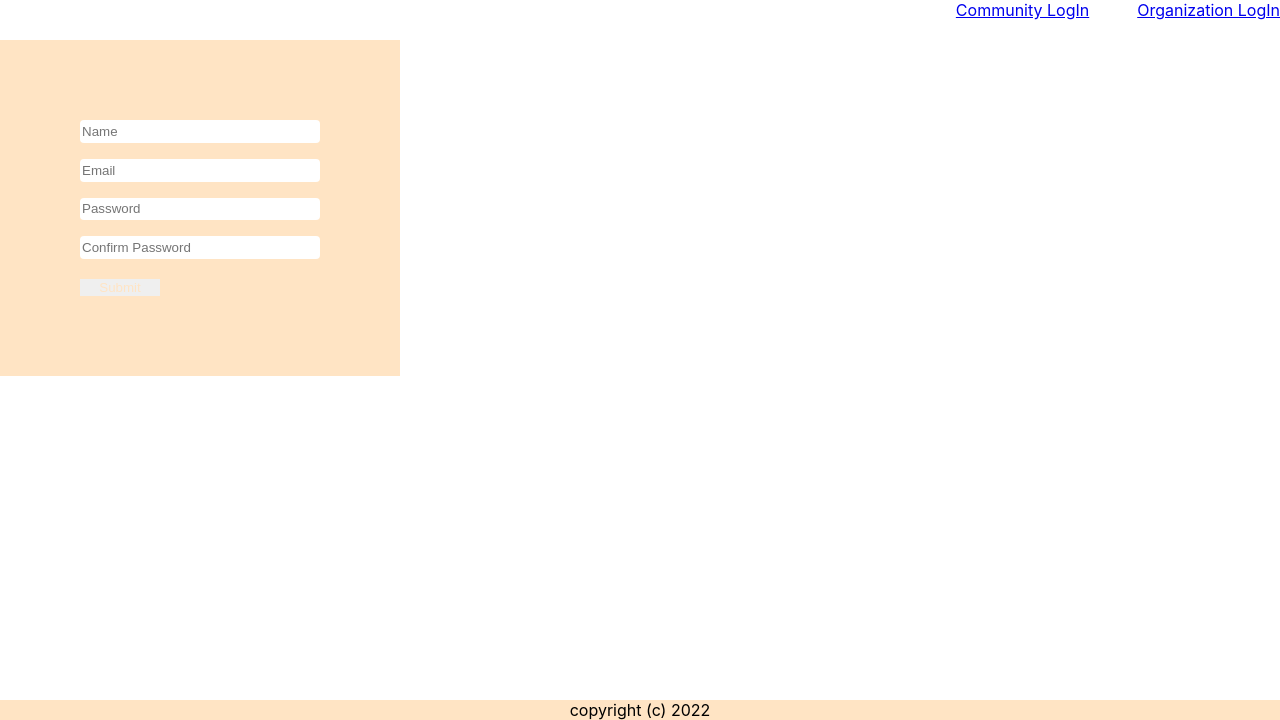
Repository: samuelp244/Ticket-Managment-System
Page: /signup (app in app/)
An editor plug-in stored every save of this project. The page is shown before and after a run of saves, followed by the edit.
The browser window is 1280 px wide. The pictures show the whole page.
The project was rebuilt for these pictures with package versions that can differ from the ones it lists, and the page was loaded fresh each time.

Above is the page before, as saved 2022-08-17 17:50:44.

### app/src/App.tsx
import React from 'react';
import { BrowserRouter as Router, Route, Routes} from "react-router-dom"
import Footer from './components/Footer';
import SignUpComm from './components/forms/SignUpComm';

import MainPage from './components/MainPage';


function App() {
  return (
    <div className="">
      {/* <Router>
        <Routes>
          <Route path="/" element={<MainPage/>}></Route>
          <Route path="/signup" element={<SignUpComm/>}></Route>
        </Routes>
      </Router> */}
      <MainPage/>
      <SignUpComm/>
      <Footer/>
    </div>
  );
}

export default App;

### app/src/components/Footer.tsx
import React from 'react'
import './footer.css'

const Footer = () => {
  return (
    <div className="footer">
      copyright (c) 2022
    </div>
  )
}

export default Footer

### app/src/components/forms/SignUpComm.tsx
import React from 'react';
import './SignUpComm.css'

const SignUpComm = () => {
  return (
    <form>
        <div className='details'>
          <input type="text" placeholder='Name'/>
          {/* <select name="account type" id="acct-type">
              <option value="customer">Individual</option>
              <option value="root-user">Organization</option>
          </select> */}
          <input type="email" placeholder='Email' required/>
          <input type="password" placeholder='Password' required/>
          <input type="password" placeholder='Confirm Password' required/>
        </div>
        <button type="submit">Submit</button>

    </form>
  )
}

export default SignUpComm

### app/src/components/MainPage.tsx
import React from 'react'
import './MainPage.css'
const MainPage = () => {
  return (
    <div className="main-page">
      <a href="#signupC">Community LogIn</a>

      <a href="#signupO">Organization LogIn</a>
    </div>
  )
}

export default MainPage;

### app/src/components/footer.css
.footer{
    width: 100%;
    max-height: max-content;
    position: fixed;
    align-items: center;
    text-align: center;
    bottom: 0;
    background-color: bisque;
}

### app/src/components/forms/SignUpComm.css
form{
    margin-top: 20px;
    padding: 5rem;
    width: 15rem;
    display: flex;
    flex-direction: column;
    background-color: bisque;
}

.details{
    display: flex;
    flex-direction: column;
    row-gap: 1rem;

}

button{
    margin-top: 20px;
    width: 5rem;
    color: bisque;
    border: none;

}

input{
    border: none;
    height: 1.3rem;
    border-radius: 4px;
}

### app/src/components/MainPage.css
.main-page {
    display: flex;
    flex-direction:row;
    justify-content: right;
    column-gap: 3rem;
    align-items: center;
}

Loaded but not shown: app/public/index.html (common file); app/src/index.tsx (common file); app/src/index.css (common file)

After the next 9 saves:
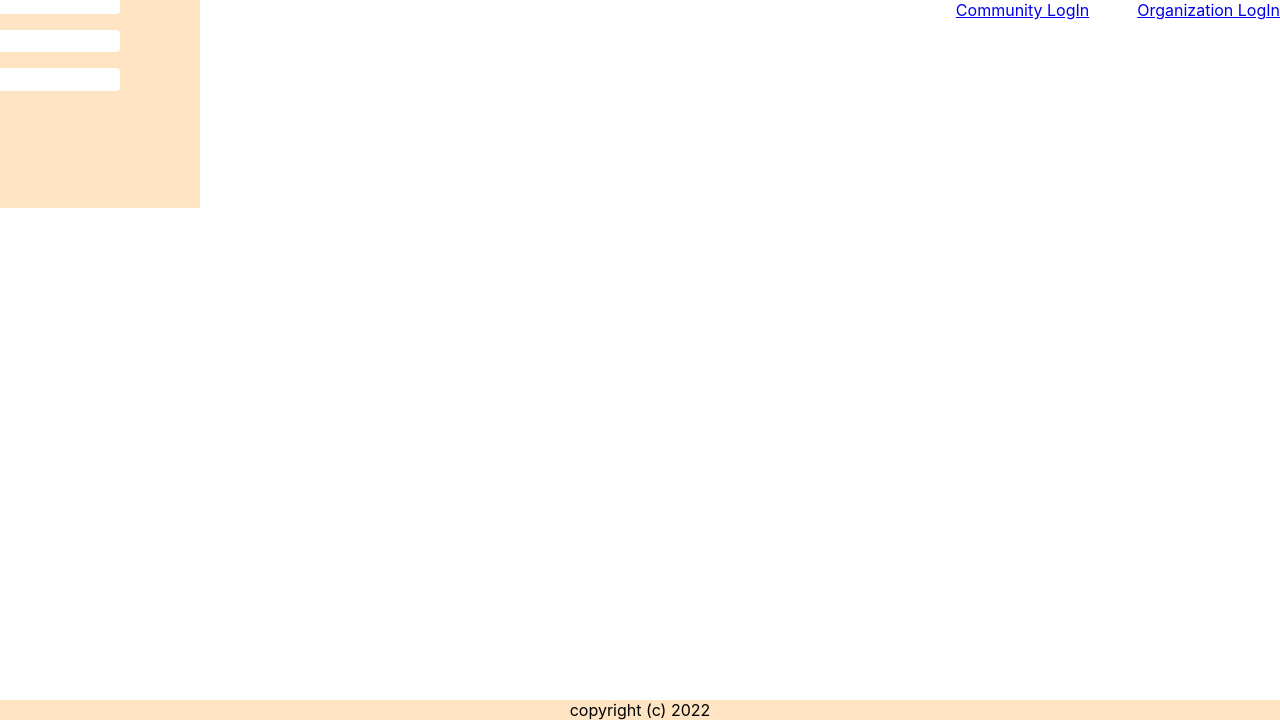
The 9 saves are shown as one change because they came seconds apart.
The last was saved 30 s later.
--- a/app/src/components/forms/SignUpComm.css
+++ b/app/src/components/forms/SignUpComm.css
@@ -5,6 +5,9 @@ form{
     display: flex;
     flex-direction: column;
     background-color: bisque;
+    top: 50%;
+    left: 50%;
+    transform: translate(-50%, -50%);
 }
 
 .details{
